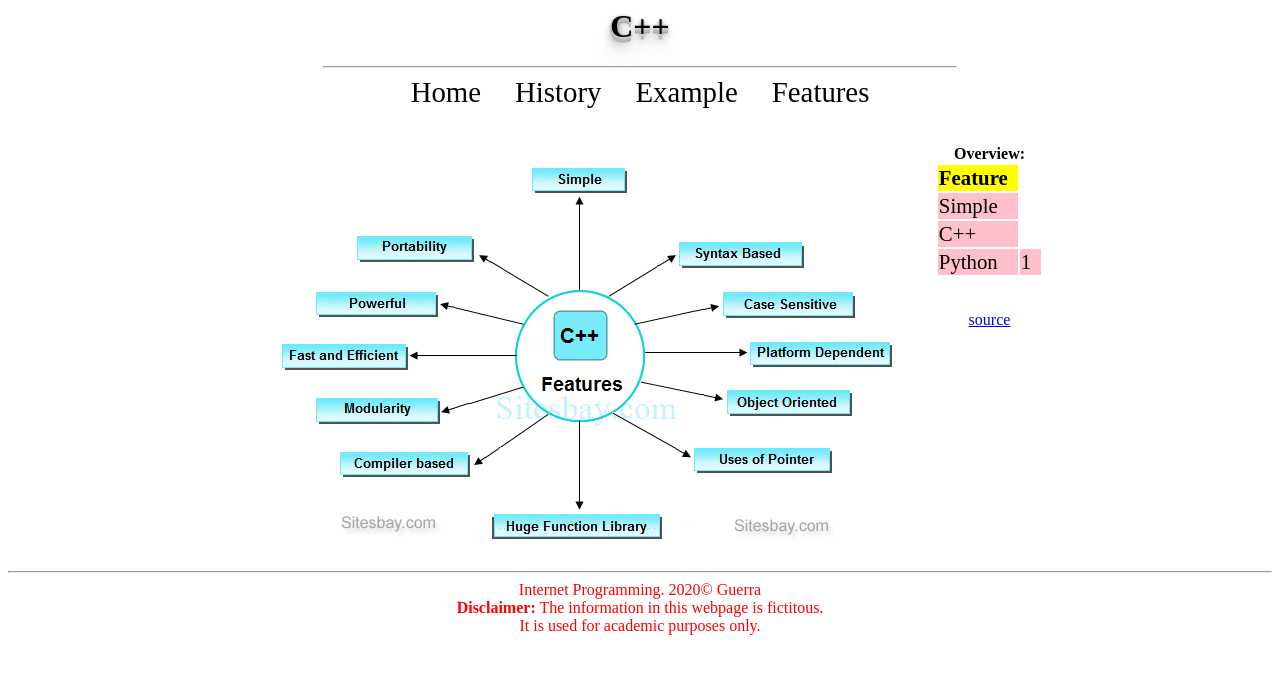
Repository: EricG831/a1
Page: a1/Features.html
The author's editor kept a record of every edit. The page is drawn from the files as they stood at one moment, then again after the next edit.
The browser window is 1280 px wide. The pictures show the whole page.
Some web fonts or font styles are not loaded; a fallback is used.

Above is the page before.

After the next edit:
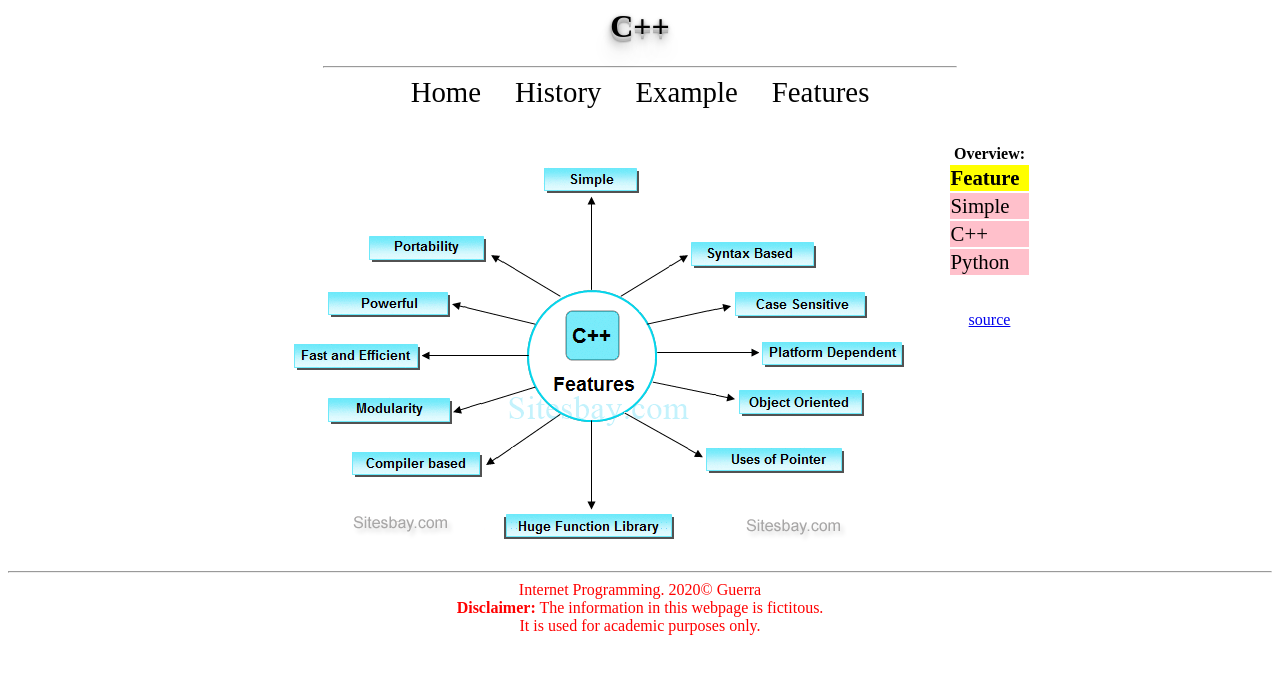
The edit:
--- a/a1/Features.html
+++ b/a1/Features.html
@@ -44,7 +44,6 @@
                 </tr>
                 <tr class="table-row">
                     <td>Python</td>
-                    <td>1</td>
                 </tr>
             </table>
 
